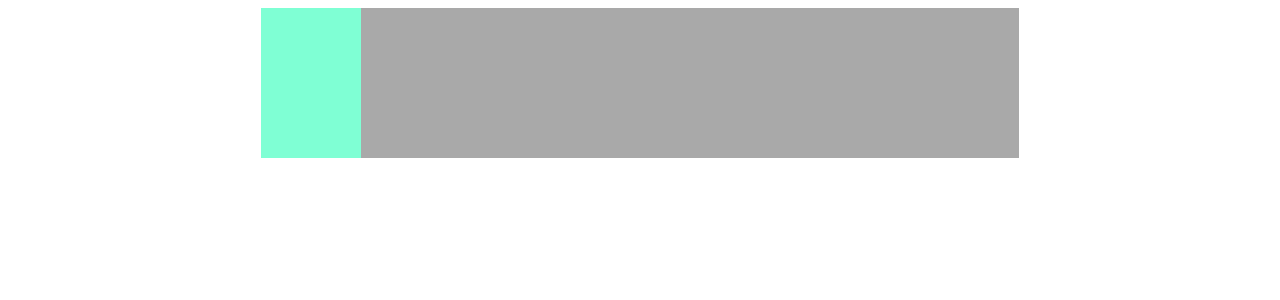
Repository: liutian97/learn1
Page: 移动端web开发/代码/2. Flex 伸缩布局/09-flex子项flex份数.html
The author's editor kept a copy of each file at every save. The page is drawn from the files as they stood at one save, then again after a run of saves.
The browser window is 1280 px wide. The pictures show the whole page.

Above is the page before, as saved 2022-07-02 17:51:36.

### 移动端web开发/代码/2. Flex 伸缩布局/09-flex子项flex份数.html
<!DOCTYPE html>
<html lang="en">

<head>
  <meta charset="UTF-8">
  <meta http-equiv="X-UA-Compatible" content="IE=edge">
  <meta name="viewport" content="width=device-width, initial-scale=1.0">
  <title>Document</title>
  <style>
    section {
      display: flex;
      width: 60%;
      height: 150px;
      background-color: darkgrey;
      margin: 0 auto;
    }
    section div:nth-child(1) {
      width: 100px;
      height: 150px;
      background-color: aquamarine;
    }
  </style>
</head>

<body>
  <section>
    <div></div>
    <div></div>
    <div></div>
  </section>
</body>

</html>


<!-- <!DOCTYPE html>
<html lang="en">

<head>
    <meta charset="UTF-8">
    <meta name="viewport" content="width=device-width, initial-scale=1.0">
    <meta http-equiv="X-UA-Compatible" content="ie=edge">
    <title>Document</title>
    <style>
        section {
            display: flex;
            width: 60%;
            height: 150px;
            background-color: pink;
            margin: 0 auto;
        }

        section div:nth-child(1) {
            width: 100px;
            height: 150px;
            background-color: red;
        }

        section div:nth-child(2) {
            flex: 1;
            background-color: green;
        }

        section div:nth-child(3) {
            width: 100px;
            height: 150px;
            background-color: blue;
        }

        p {
            display: flex;
            width: 60%;
            height: 150px;
            background-color: pink;
            margin: 100px auto;
        }

        p span {
            flex: 1;
        }

        p span:nth-child(2) {
            flex: 2;
            background-color: purple;
        }
    </style>
</head>

<body>
    <section>
        <div></div>
        <div></div>
        <div></div>
    </section>
    <p>
        <span>1</span>
        <span>2</span>
        <span>3</span>
    </p>
</body>

</html> -->

After the next 2 saves:
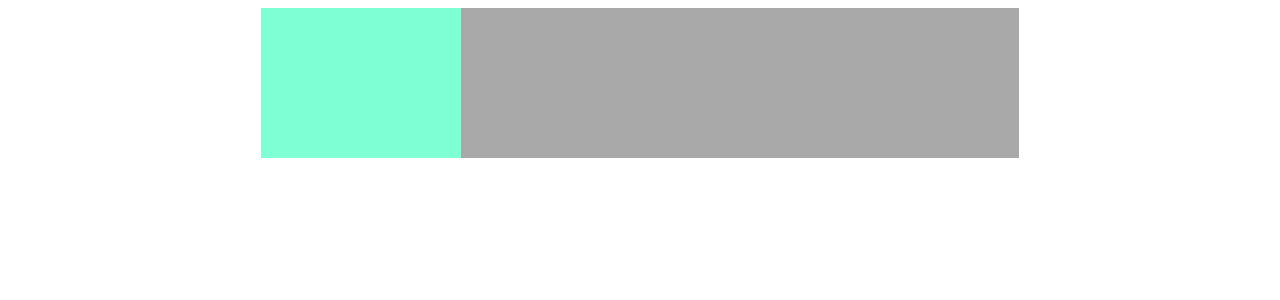
The 2 saves are shown as one change because they came seconds apart.
The last was saved 8 s later.
--- a/移动端web开发/代码/2. Flex 伸缩布局/09-flex子项flex份数.html
+++ b/移动端web开发/代码/2. Flex 伸缩布局/09-flex子项flex份数.html
@@ -15,6 +15,11 @@
       margin: 0 auto;
     }
     section div:nth-child(1) {
+      width: 100px;
+      height: 150px;
+      background-color: aquamarine;
+    }
+    section div:nth-child(3) {
       width: 100px;
       height: 150px;
       background-color: aquamarine;
